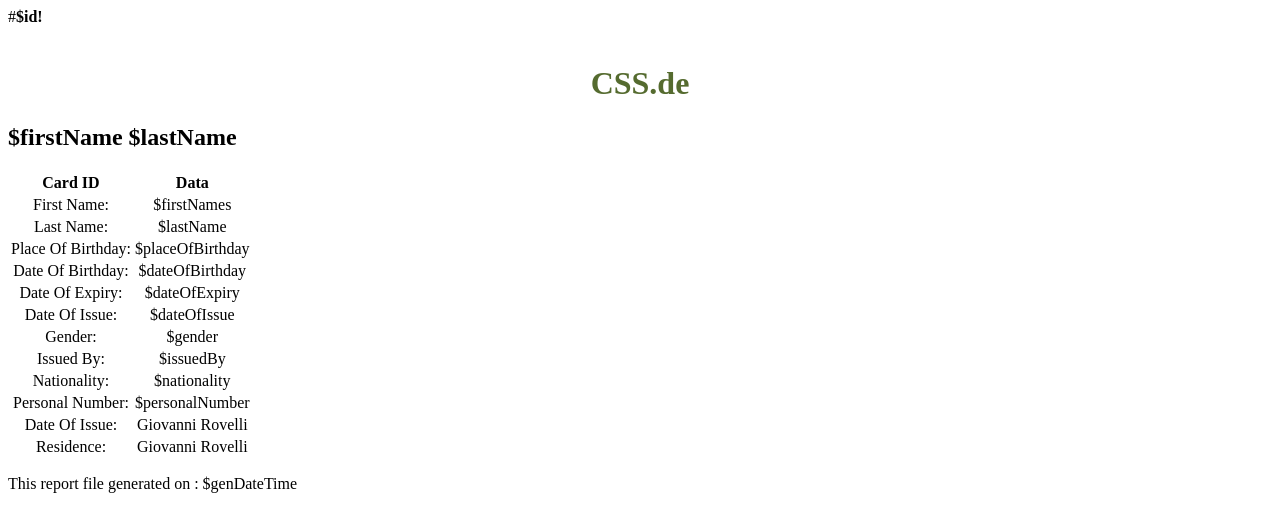
Repository: Len2/Topic4
Page: src/main/resources/templates/PDF_template.html
An editor plug-in stored every save of this project. The page is shown before and after the next save, followed by the edit.
The browser window is 1280 px wide. The pictures show the whole page.

Above is the page before, as saved 2020-09-07 11:21:41.

### src/main/resources/templates/PDF_template.html
<!DOCTYPE html>
<html>
<body>
#<b>$id!</b>
<br/>
<br/>
<div style="color: darkolivegreen; text-align: center;">
    <h1>CSS.de</h1>
</div>


<h2>$firstName $lastName</h2>
<div style="text-align: center;">
    <table>
        <tr>
          <th>Card ID</th>
          <th>Data</th>
        </tr>

        <tr>
          <td>First Name:</td>
          <td>$firstNames</td>
        </tr>
        <tr>
          <td>Last Name:</td>
          <td>$lastName</td>
        </tr>
        <tr>
          <td>Place Of Birthday:</td>
          <td>$placeOfBirthday</td>
        </tr>
        <tr>
          <td>Date Of Birthday:</td>
          <td>$dateOfBirthday</td>
        </tr>
        <tr>
          <td>Date Of Expiry:</td>
          <td>$dateOfExpiry</td>
        </tr>
        <tr>
          <td>Date Of Issue:</td>
          <td>$dateOfIssue</td>
        </tr>
        <tr>
          <td>Gender:</td>
          <td>$gender</td>
        </tr>
        <tr>
          <td>Issued By:</td>
          <td>$issuedBy</td>
        </tr>
        <tr>
            <td>Nationality:</td>
            <td>$nationality</td>
          </tr>
        <tr>
          <td>Personal Number:</td>
          <td>$personalNumber</td>
        </tr>
        <tr>
          <td>Date Of Issue:</td>
          <td>Giovanni Rovelli</td>
        </tr>
        <tr>
          <td>Residence:</td>
          <td>Giovanni Rovelli</td>
        </tr>
      </table>
</div>


<p>This report file generated on : $genDateTime</p>
</body>
</html>

After the next save:
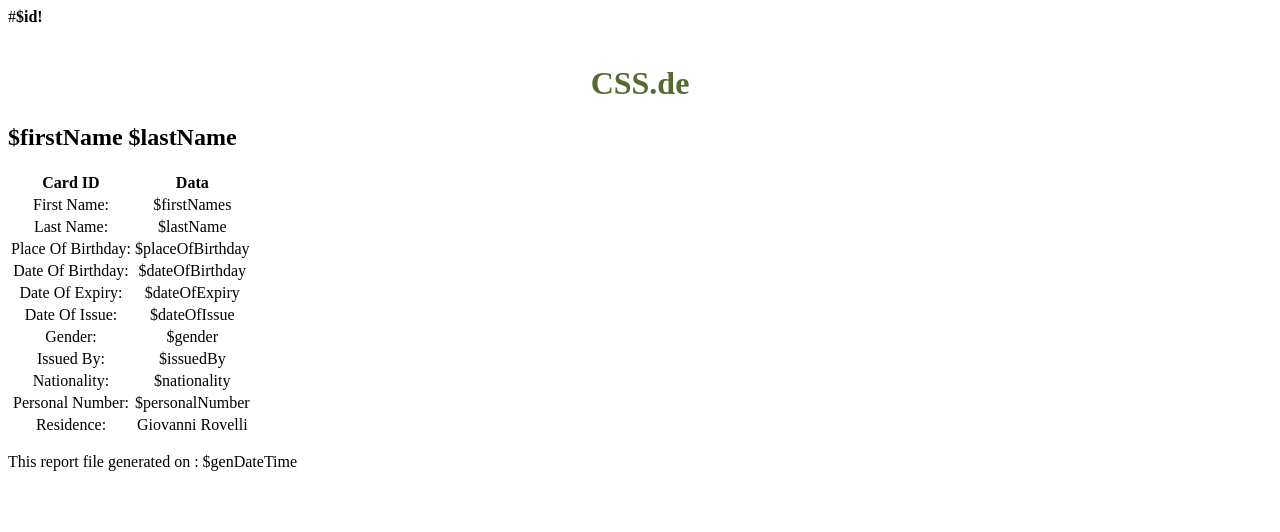
Saved 31 s later.
--- a/src/main/resources/templates/PDF_template.html
+++ b/src/main/resources/templates/PDF_template.html
@@ -58,10 +58,6 @@
           <td>$personalNumber</td>
         </tr>
         <tr>
-          <td>Date Of Issue:</td>
-          <td>Giovanni Rovelli</td>
-        </tr>
-        <tr>
           <td>Residence:</td>
           <td>Giovanni Rovelli</td>
         </tr>
